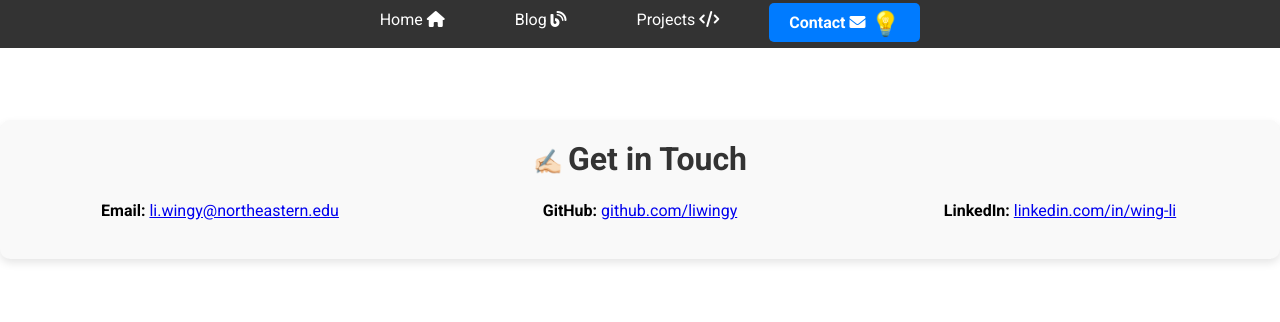
Repository: liwingy/cs5610_fall24_project1
Page: contact.html
An editor plug-in stored every save of this project. The page is shown before and after the next save, followed by the edit.
The browser window is 1280 px wide. The pictures show the whole page.

Above is the page before, as saved 2024-10-07 21:58:43.

### contact.html
<!DOCTYPE html>
<html lang="en">
<head>
    <meta charset="UTF-8">
    <meta name="viewport" content="width=device-width, initial-scale=1.0">
    <title>Wing Yee Li | Contact</title>
    <link rel="stylesheet" href="style.css">
    <link rel="icon" href="./sources/favicon.ico" type="image/x-icon">
    <link rel="stylesheet" href="https://cdnjs.cloudflare.com/ajax/libs/font-awesome/6.0.0-beta3/css/all.min.css">
</head>
<body>
    <nav>
        <ul>
            <li><a href="homepage.html">Home <i class="fas fa-home"></i></a></li>
            <li><a href="blog.html">Blog <i class="fas fa-blog"></i></a></li>
            <li><a href="projects.html">Projects <i class="fas fa-code"></i></a></li>
            <li><a href="contact.html" class="active">Contact <i class="fas fa-envelope"></i></a></li>
        </ul>
    </nav>
    <main>
        <section class="contact">
            <h2>Get in Touch</h2>
            <div class="grid">
                <div class="contact-item">
                    <p><span class="highlight">Email:</span> <a href="mailto:li.wingy@northeastern.edu">li.wingy@northeastern.edu</a></p>
                </div>
                <div class="contact-item">
                    <p><span class="highlight">GitHub:</span> <a href="https://github.com/liwingy" target="_blank">github.com/liwingy</a></p>
                </div>
                <div class="contact-item">
                    <p><span class="highlight">LinkedIn:</span> <a href="https://linkedin.com/in/wing-li" target="_blank">linkedin.com/in/wing-li</a></p>
                </div>
            </div>
        </section>
    </main>
</body>
</html>

### style.css
@import url('https://fonts.googleapis.com/css2?family=Roboto:wght@400;700&display=swap');

* {
    margin: 0;
    padding: 0;
    box-sizing: border-box;
    font-family: 'Roboto', sans-serif;
}

body, html {
    height: 100%;
    margin: 0;
}

body {
    background-color: #fff;  /* Set the background color to white */
    color: #333;
    display: flex;
    flex-direction: column;  /* Stack the content vertically */
    height: 100vh;           /* Ensure the body fills the full viewport height */
}

main {
    display: flex;
    justify-content: center;
    align-items: center;
    flex-direction: column;
    margin-top: 80px;        /* Offset the main content from the top */
    padding-top: 20px;
}

header {
    text-align: center;      /* Center align the header content */
}

.blog, .projects, .contact, .about-me {
    margin-top: 20px;
    padding: 20px;
    width: 100%;
    margin-bottom: 40px;     /* Add space between sections */
    text-align: center;      /* Center the text */
}

.highlight {
    font-weight: bold;
    color: black;            /* Highlight important text */
}

ul {
    list-style-type: disc;
    list-style-position: inside; /* Align bullet points with the text */
    padding-left: 20px;          /* Add padding to ensure bullets are aligned correctly */
}

li {
    margin-left: 0;              /* Remove margin between bullet and text */
}


h1 {
    font-size: 2.5rem;
    margin-top: 60px;            /* Add space between the navbar and heading */
}

h2 {
    font-size: 2rem;
    margin-bottom: 10px;
}

h1, h2, h3 {
    font-weight: 700;            /* Bold the headings */
}

p {
    line-height: 1.6;            /* Improve paragraph readability */
    margin-bottom: 15px;         /* Add space between paragraphs */
}

.grid {
    display: grid;
    grid-template-columns: repeat(auto-fit, minmax(250px, 1fr)); /* Responsive grid layout */
    gap: 20px; /* Space between grid items */
    margin-top: 20px;
}

.blog-item {
    padding: 20px;
    border-radius: 10px;
    box-shadow: 0 4px 8px rgba(0, 0, 0, 0.1);
    background-color: #f9f9f9;
}

.blog-item h3:before {
    content: "💕";               /* Add a heart icon before each blog heading */
    color: #007BFF;
    font-size: 1.5rem;
    margin-right: 5px;
}

.blog img {
    display: block;              /* Make sure the image is on its own line */
    margin-top: 10px;            /* Add space between text and image */
    margin-bottom: 20px;         /* Add space after the image */
    max-width: 300px;            /* Set the maximum width */
    width: 100%;
    height: auto;
    border-radius: 10px;         /* Add rounded corners */
}

/* Blog-specific ul styling */
.blog ul {
    list-style-type: none;       /* Remove bullet points */
    padding-left: 0;             /* Ensure no extra padding is added */
    margin-left: 0;              /* Remove additional margins */
}

/* Blog-specific li styling */
.blog li {
    padding-left: 0;             /* Remove padding between bullet and text */
    margin-left: 0;              /* No margin needed */
}

.project-item {
    padding: 20px;
    border-radius: 10px;
    box-shadow: 0 4px 8px rgba(0, 0, 0, 0.1);
    background-color: #f9f9f9;
}

.project-item h3:before {
    content: "🚀 ";              /* Add a rocket icon before project headings */
    color: #007BFF;
    font-size: 1.5rem;
    margin-right: 5px;
}

.about-me h3:before {
    content: "⭐";            /* Add an icon before each heading */
    font-size: 1.5rem;
    color: #007BFF;
    margin-right: 5px;
}

.contact {
    padding: 20px;
    background-color: #f9f9f9; /* Optional: add background to each grid item */
    border-radius: 10px;
    box-shadow: 0 4px 8px rgba(0, 0, 0, 0.1); /* Optional: subtle shadow for each item */
    text-align: center;
}

.contact h2:before {
    content: "✍🏻";            /* Add an icon before each heading */
    font-size: 1.5rem;
    color: #007BFF;
    margin-right: 5px;
}

.centered-video,
.pics {
    max-width: 300px;
    width: 100%;
    height: auto;
    display: block;
    margin: 20px auto;
    border-radius: 10px;
    box-shadow: 0 4px 8px rgba(0, 0, 0, 0.2); /* Add shadow */
    transition: transform 0.3s ease-in-out, box-shadow 0.3s ease-in-out;
}

.centered-video:hover,
.pics:hover {
    transform: scale(1.05);      /* Slightly enlarge on hover */
    box-shadow: 0 6px 12px rgba(0, 0, 0, 0.3); /* Increase shadow on hover */
}

nav {
    width: 100%;                 /* Make the navigation bar span the full width */
    background-color: #333;       /* Set the background color of the navbar */
    position: fixed;              /* Fix the navbar to the top of the screen */
    top: 0;
    left: 0;
    padding: 10px 0;             /* Add vertical padding for spacing */
    z-index: 1;                  /* Ensure the navbar stays above other content */
}

nav ul {
    list-style: none;            /* Remove bullet points from navbar items */
    display: flex;               /* Display the navbar items in a row */
    justify-content: center;     /* Center the navbar items */
    margin: 0;
    padding: 0;
}

nav ul li {
    margin: 0 15px;              /* Add spacing between navbar items */
}

nav ul li a {
    color: #fff;
    text-decoration: none;       /* Remove underline from the links */
    padding: 10px 20px;          /* Add padding to the links */
    transition: background-color 0.3s; /* Smooth transition effect for hover */
}

nav ul li a:hover {
    border-bottom: 2px solid #007BFF;
    font-size: 1.05em;           /* Slightly enlarge the text on hover */
    color: #007BFF;
    transition: all 0.3s ease-in-out;
}

.active {
    background-color: #007BFF;
    font-weight: bold;
    border-radius: 5px;          /* Add rounded corners to the active link */
    padding: 10px 20px;
}

nav ul li a.active::after {
    content: "💡";               /* Add a lightbulb icon after the active link */
    color: #007BFF;
    font-size: 1.5rem;
    margin-left: 5px;
    vertical-align: middle;
}

/* Responsive design */
@media screen and (max-width: 768px) {
    .pics, .centered-video {
        max-width: 90%; /* Make them slightly smaller on narrower screens */
    }

    nav ul {
        flex-direction: column;  /* Stack navbar links vertically on small screens */
        align-items: center;
    }

    nav ul li {
        margin: 10px 0;          /* Space out vertically in mobile view */
    }

    h1 {
        font-size: 1.8rem;
        margin-top: 100px;       /* Adjust spacing for smaller screens */
    }
}

/* Custom scrollbar */
::-webkit-scrollbar {
    width: 8px;
}

::-webkit-scrollbar-track {
    background: #f1f1f1;
}

::-webkit-scrollbar-thumb {
    background-color: #333;      /* Match scrollbar color with the active link color */
    border-radius: 10px;
}

After the next save:
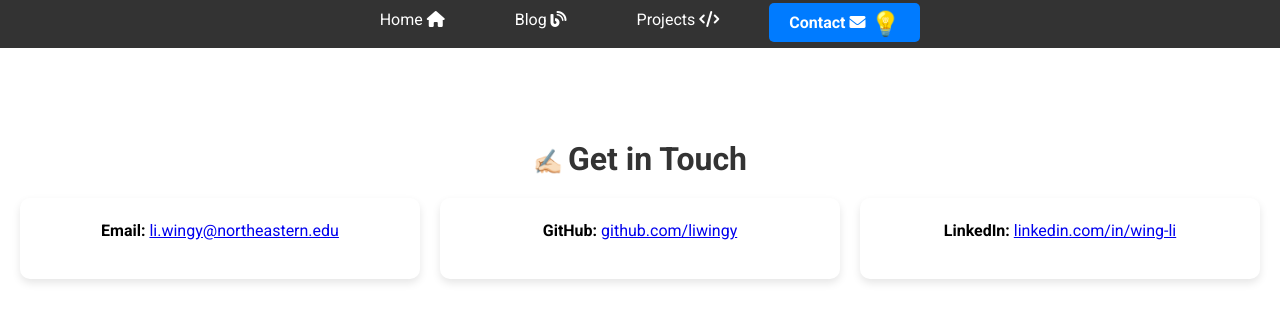
Saved 62 s later.
--- a/style.css
+++ b/style.css
@@ -141,9 +141,8 @@ p {
     margin-right: 5px;
 }
 
-.contact {
-    padding: 20px;
-    background-color: #f9f9f9; /* Optional: add background to each grid item */
+.contact-item {
+    padding: 20px;
     border-radius: 10px;
     box-shadow: 0 4px 8px rgba(0, 0, 0, 0.1); /* Optional: subtle shadow for each item */
     text-align: center;
